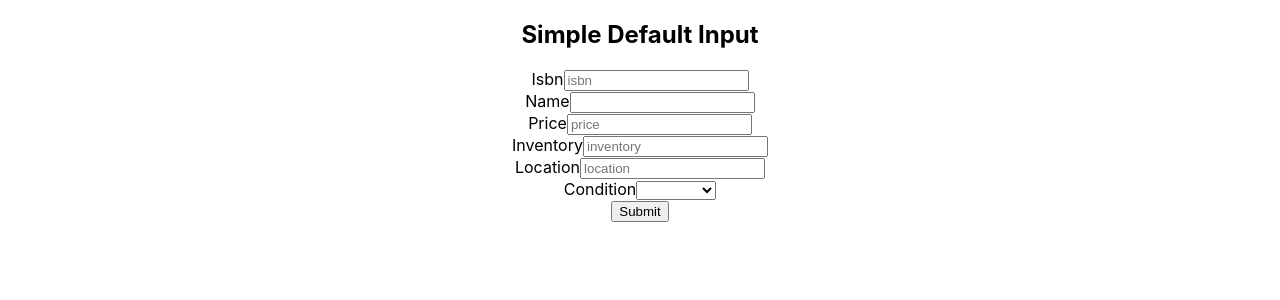
Repository: rishhabh-jain/isbndb
Page: /
These files come from the project's save history. The page is drawn as it stood at one moment and after a run of saves; the edit follows.
The browser window is 1280 px wide. The pictures show the whole page.
The project was rebuilt for these pictures with package versions that can differ from the ones it lists, and the page was loaded fresh each time.

Above is the page before, as saved 2022-02-03 12:33:28.

### src/App.js
import logo from './logo.svg';
import { Form, Field } from 'react-final-form'
import axios from 'axios';
import React , { useState , useEffect} from 'react';
import './App.css';

function App() {
  const [isbn, setIsbn] = useState("9787878");
  const [authors, setAuthors] = useState([]);
  const [binding, setBinding] = useState("");
  const [image, setImage] = useState("");
  const [title, setTitle] = useState("");
  axios.get('http://localhost:8080/' ,{headers : {
    "Access-Control-Allow-Origin": "*",
    "Access-Control-Allow-Methods": "GET,PUT,POST,DELETE,PATCH,OPTIONS"
  }})
  .then(function (response) {
    // handle success
    console.log(response.data.book);
    setTitle(response.data.book.title);
  })
  .catch(function (error) {
    // handle error
    console.log(error);
  })
  .then(function () {
    console.log("this will be always displayed");
  });
  return (
    <div className="App">
     <Form
    onSubmit={onSubmit}
    render={({ handleSubmit }) => (
      <form onSubmit={handleSubmit}>
        <h2>Simple Default Input</h2>
        <div>
          <label>Isbn</label>
          <Field name="Isbn" component="input" placeholder="isbn" value={isbn}></Field>
        </div>
        <div>
          <label>Name</label>
          <Field name="name" component="input" placeholder={title} value={title} />
        </div>
        <div>
          <label>Price</label>
          <Field name="price" component="input" placeholder="price" />
        </div>
        <div>
          <label>Inventory</label>
          <Field name="inventory" component="input" placeholder="inventory" />
        </div>
        <div>
          <label>Location</label>
          <Field name="location" component="input" placeholder="location" />
        </div>
        <div>
          <label>Condition</label>
          <Field name="condition" component="select">
              <option />
              <option value=" Good "> Good </option>
              <option value=" Like new "> Like new </option>
              <option value=" New"> New </option>
              <option value="Readable"> Readable</option>
            </Field>
        </div>

        <button type="submit">Submit</button>
      </form>

    )}
  />

    </div>
  );
}
const onSubmit = () => {
  window.alert("onsubmit working");
}


export default App;

Loaded but not shown: public/index.html (common file); src/index.js (common file); src/index.css (common file); src/reportWebVitals.js (common file); src/App.css (common file)

After the next 2 saves:
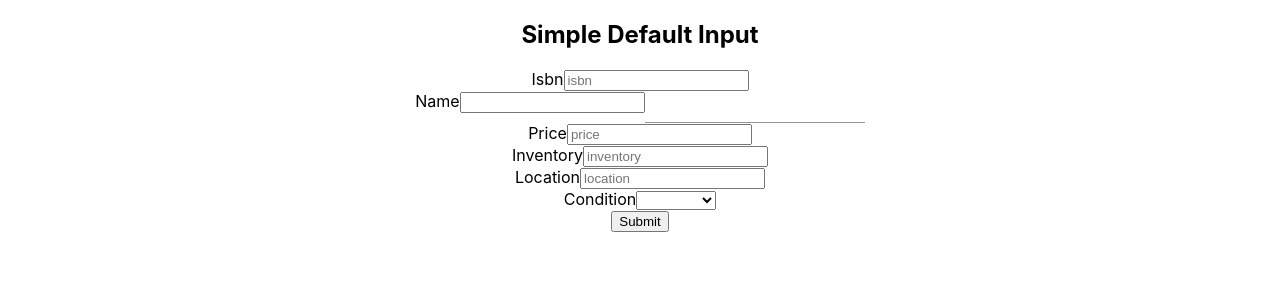
The 2 saves are shown as one change because 1 did not build or start.
The last was saved 24 min 53 s later.
--- a/src/App.js
+++ b/src/App.js
@@ -1,4 +1,5 @@
 import logo from './logo.svg';
+import TextField from '@material-ui/core/TextField'
 import { Form, Field } from 'react-final-form'
 import axios from 'axios';
 import React , { useState , useEffect} from 'react';
@@ -39,7 +40,11 @@ function App() {
         </div>
         <div>
           <label>Name</label>
-          <Field name="name" component="input" placeholder={title} value={title} />
+          <Field name="name" component="input" placeholder={title} />
+          <TextField
+        name={title}
+        value={title}
+      />
         </div>
         <div>
           <label>Price</label>
